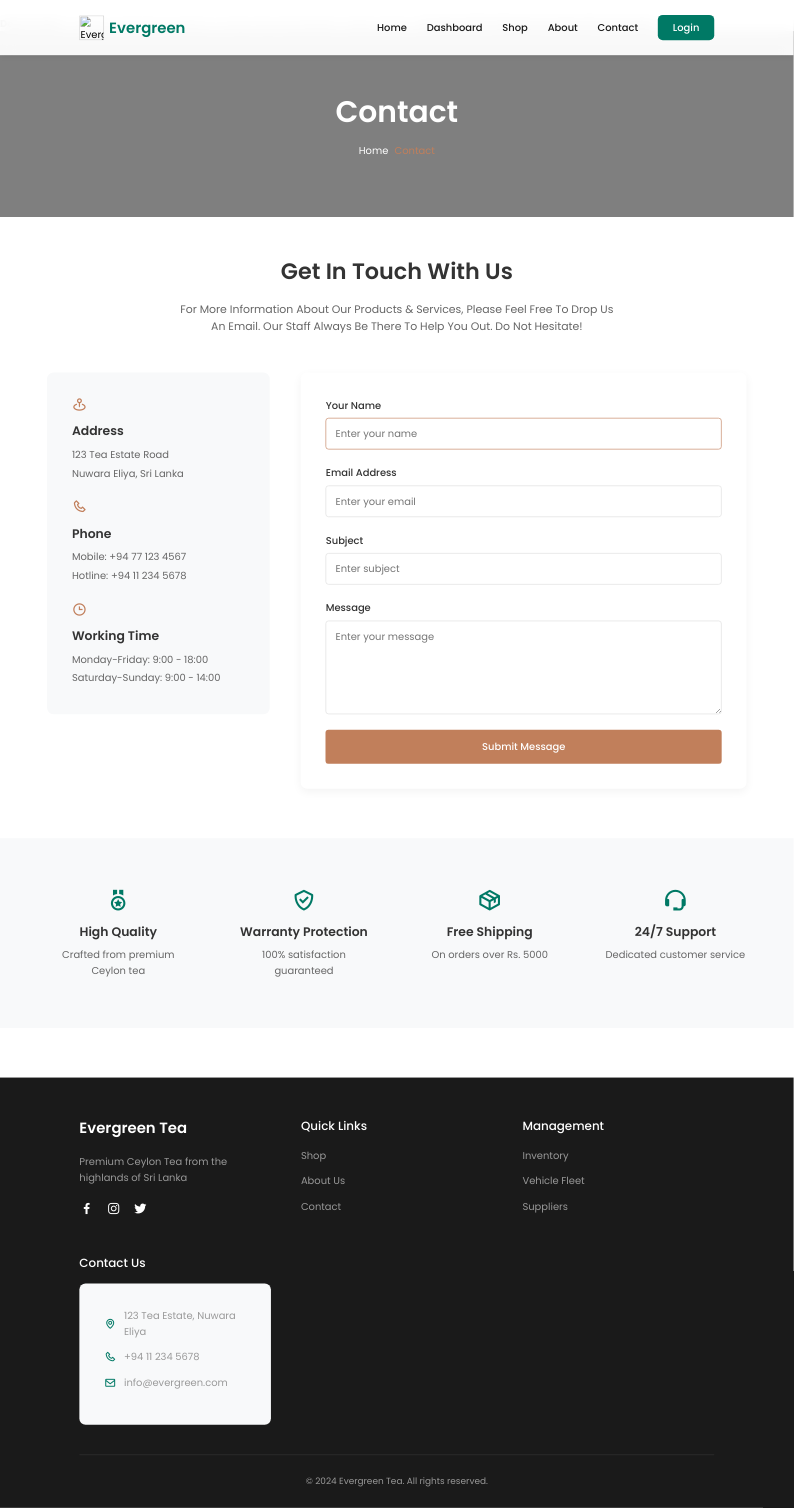
Repository: EverGreen-Group/Evergreen_Project
Page: http://localhost/Evergreen_Project/contact
These files come from the project's save history. The page is drawn as it stood at one moment and after the next save; the edit follows.
The browser window is 1280 px wide. The pictures show the whole page, at 62% of full size.
The first visible `.form-group input` has the focus.
The page is run by PHP 8.4 with error messages shown; the project is at /var/www/html/.

Above is the page before, as saved 2024-11-27 10:36:44.

### public/index.php
<?php
// Enable error reporting
ini_set('display_errors', 1);
ini_set('display_startup_errors', 1);
error_reporting(E_ALL);

// session test
//session_start(); I added one in bootloader.php

// Load the bootloader and core application files
require_once '../app/bootloader.php';

// Initialize the Core class
$init = new Core;

### app/bootloader.php
<?php
// Start session
session_start();

//load configurations
require_once 'config/config.php';

//load helpers
require_once 'helpers/url_helper.php';
require_once 'helpers/flash_helper.php';
require_once 'helpers/RoleHelper.php';
require_once 'helpers/PhotoHelper.php';

//load libraries
require_once 'libraries/Core.php';
require_once 'libraries/Controller.php';
require_once 'libraries/Database.php';

### app/config/config.php
<?php

//databasse configarations
// define('DB_HOST', '34.93.234.68');
define('DB_HOST', 'localhost');
define('DB_USER', 'root');
define('DB_PASSWORD', '');
define('DB_NAME','tfms');

// Database configurations
// define('DB_HOST', 'mysql-tfms.alwaysdata.net');
// define('DB_USER', 'tfms');
// define('DB_PASSWORD', 'tfmsgroupproject');
// define('DB_NAME','tfms_tfms');

//APPROOT
define('APPROOT',dirname(dirname(__FILE__)));

//URLROOT
define('URLROOT', 'http://localhost/Evergreen_Project');

//website
define('SITENAME', 'EverGreen');

// Add this with your other constants
define('UPLOADROOT', dirname(dirname(__DIR__)) . '/public/uploads');

// URL for web access
define('UPLOADURL', URLROOT . '/uploads');  // For web URLs

// Server filesystem paths
define('PUBLICPATH', dirname(APPROOT) . '/public');
define('UPLOADPATH', PUBLICPATH . '/uploads');  // For file operations

// Add this with your other configurations
date_default_timezone_set('Asia/Colombo');

// Add Stripe configuration
define('STRIPE_PUBLIC_KEY', 'pk_test_51PtvxYB06Hyjgz1TVSQNz1EwGC9MKH9UypKICcwp7zhqMO1Bw0Rtn8MMWUvtVCQcGzvjhwa4oM8biZRinioTwbtI00hKWmT0Ai');
define('STRIPE_SECRET_KEY', 'sk_test_51PtvxYB06Hyjgz1TLkJ3b97f9jQ3iGjhmNqR1YJNR8GSCBFT2BNozxAtr1chzAUnlO7Mrxbp1z9epTulM1eM1twg00wqE6Nhdu');

?>

### app/helpers/url_helper.php
<?php
// Helper functions for URL manipulation

// Redirect to a specific page
function redirect($page) {
    header('Location: ' . URLROOT . '/' . $page);
    exit();
}

function storePreviousUrl() {
    if (!isset($_SESSION['previous_url'])) {
        $_SESSION['previous_url'] = $_SERVER['REQUEST_URI'];
    }
}

function getPreviousUrl() {
    $previous = $_SESSION['previous_url'] ?? URLROOT;
    unset($_SESSION['previous_url']); // Clear it after use
    return $previous;
}

### app/helpers/flash_helper.php
<?php

function flash($name = '') {
    if (isset($_SESSION['flash_messages'][$name])) {
        $flash = $_SESSION['flash_messages'][$name];
        echo '<div class="' . $flash['class'] . '" id="msg-flash">' . $flash['message'] . '</div>';
        unset($_SESSION['flash_messages'][$name]);
    }
}

?>

### app/libraries/Controller.php
<?php
class Controller {

    // Method to load and instantiate a model
    public function model($model) {
        require_once '../app/models/' . $model . '.php';

        // Instantiate the model and return it
        return new $model();
    }

    // Method to load and render a view
    public function view($view, $data = []) {
        if (file_exists('../app/views/' . $view . '.php')) {
            // Make data array elements available as variables in the view
            extract($data);

            // Include the view file
            require_once '../app/views/' . $view . '.php';
        } else {
            die('The view does not exist.');
        }
    }

    protected function isLoggedIn() {
        return isset($_SESSION['user_id']);
    }

    protected function requireLogin() {
        if (!$this->isLoggedIn()) {
            header('Location: ' . URLROOT . '/auth/login');
            exit();
        }
    }

    protected function preventLoginAccess() {
        if ($this->isLoggedIn()) {
            header('Location: ' . URLROOT . '/');
            exit();
        }
    }
}

### app/models/M_Contact.php
<?php
class M_Contact {
    private $db;

    public function __construct() {
        $this->db = new Database;
    }

    // Save contact message to database
    public function saveMessage($data) {
        // Prepare query
        $this->db->query('INSERT INTO contact_messages (name, email, subject, message) VALUES (:name, :email, :subject, :message)');

        // Bind values
        $this->db->bind(':name', $data['name']);
        $this->db->bind(':email', $data['email']);
        $this->db->bind(':subject', $data['subject']);
        $this->db->bind(':message', $data['message']);

        // Execute
        if ($this->db->execute()) {
            return true;
        } else {
            return false;
        }
    }

    // Get all messages (for admin)
    public function getAllMessages() {
        $this->db->query('SELECT * FROM contact_messages ORDER BY created_at DESC');
        return $this->db->resultSet();
    }

    // Get single message by ID (for admin)
    public function getMessageById($id) {
        $this->db->query('SELECT * FROM contact_messages WHERE id = :id');
        $this->db->bind(':id', $id);
        return $this->db->single();
    }

    // Mark message as read (for admin)
    public function markAsRead($id) {
        $this->db->query('UPDATE contact_messages SET is_read = 1 WHERE id = :id');
        $this->db->bind(':id', $id);
        return $this->db->execute();
    }
}

### public/css/landing.css
/* Base Styles */
:root {
    --main: #007965;
    --light: #ffffff;
    --dark: #1a1a1a;
    --grey: #f5f5f5;
    --dark-grey: #666666;
}

* {
    margin: 0;
    padding: 0;
    box-sizing: border-box;
    font-family: 'Poppins', sans-serif;
}

/* Landing Header/Navigation Styles */
.landing-nav {
    position: fixed;
    top: 0;
    left: 0;
    right: 0;
    padding: 1.5rem 10%;
    display: flex;
    justify-content: space-between;
    align-items: center;
    background: rgba(255, 255, 255, 0.95);
    backdrop-filter: blur(10px);
    z-index: 1000;
    box-shadow: 0 2px 10px rgba(0, 0, 0, 0.1);
}

.landing-nav .logo {
    display: flex;
    align-items: center;
    gap: 0.5rem;
}

.landing-nav .logo img {
    height: 40px;
}

.landing-nav .logo span {
    font-size: 1.5rem;
    font-weight: 600;
    color: var(--dark);
}

.nav-links {
    display: flex;
    gap: 2rem;
    align-items: center;
}

.nav-links a {
    text-decoration: none;
    color: var(--dark);
    font-weight: 500;
    transition: color 0.3s ease;
}

.nav-links a:hover {
    color: var(--main);
}

.nav-links .btn-login {
    padding: 0.5rem 1.5rem;
    background: var(--main);
    color: var(--light);
    border-radius: 8px;
    transition: background 0.3s ease;
}

.nav-links .btn-login:hover {
    background: #006254;
    color: var(--light);
}

/* Hero Section */
.hero {
    height: 100vh;
    background: linear-gradient(rgba(0,0,0,0.5), rgba(0,0,0,0.5)),
                url('../img/hero-bg.jpg');
    background-size: cover;
    background-position: center;
    display: flex;
    align-items: center;
    padding: 0 10%;
    color: var(--light);
}

.hero-content {
    max-width: 600px;
}

.hero-content h1 {
    font-size: 3.5rem;
    margin-bottom: 1.5rem;
}

.btn-shop-now {
    margin-top: 1rem;
    display: inline-block;
    padding: 1rem 2rem;
    background: var(--main);
    color: var(--light);
    border-radius: 8px;
    font-weight: 500;
    transition: all 0.3s ease;
}

/* Section Header Styles */
.section-header {
    text-align: center;
    margin-bottom: 3rem;
}

.section-header h2 {
    font-size: 2.5rem;
    color: var(--dark);
    margin-bottom: 1rem;
    font-weight: 600;
}

.section-header p {
    color: var(--dark-grey);
    font-size: 1.1rem;
}

/* Categories Section */
.categories {
    padding: 6rem 10%;
    background: var(--light);
}

.category-grid {
    display: grid;
    grid-template-columns: repeat(auto-fit, minmax(300px, 1fr));
    gap: 2rem;
}

.category-card {
    position: relative;
    border-radius: 15px;
    overflow: hidden;
    box-shadow: 0 4px 15px rgba(0, 0, 0, 0.1);
    text-decoration: none;
    transition: all 0.3s ease;
}

.category-card:hover {
    transform: translateY(-5px);
}

.category-image {
    height: 300px;
    overflow: hidden;
}

.category-image img {
    width: 100%;
    height: 100%;
    object-fit: cover;
    transition: transform 0.3s ease;
}

.category-card:hover .category-image img {
    transform: scale(1.1);
}

.category-content {
    position: absolute;
    bottom: 0;
    left: 0;
    right: 0;
    padding: 1.5rem;
    background: linear-gradient(transparent, rgba(0, 0, 0, 0.8));
    color: var(--light);
}

.category-content h3 {
    font-size: 1.5rem;
    margin-bottom: 0.5rem;
    font-weight: 600;
}

.category-content p {
    font-size: 0.9rem;
    opacity: 0.9;
    margin-bottom: 1rem;
}

.explore-link {
    display: flex;
    align-items: center;
    gap: 0.5rem;
    font-weight: 500;
    opacity: 0;
    transform: translateX(-20px);
    transition: all 0.3s ease;
}

.category-card:hover .explore-link {
    opacity: 1;
    transform: translateX(0);
}

/* Featured Products Section */
.featured-products {
    padding: 6rem 10%;
    background: var(--grey);
}

.product-grid {
    display: grid;
    grid-template-columns: repeat(auto-fit, minmax(250px, 1fr));
    gap: 2rem;
    margin-bottom: 3rem;
}

.product-card {
    background: var(--light);
    border-radius: 15px;
    overflow: hidden;
    box-shadow: 0 4px 15px rgba(0, 0, 0, 0.1);
    transition: all 0.3s ease;
}

.product-card:hover {
    transform: translateY(-5px);
}

.product-image {
    position: relative;
    height: 250px;
    overflow: hidden;
}

.product-image img {
    width: 100%;
    height: 100%;
    object-fit: cover;
}

.product-overlay {
    position: absolute;
    top: 0;
    left: 0;
    right: 0;
    bottom: 0;
    background: rgba(0, 0, 0, 0.5);
    display: flex;
    align-items: center;
    justify-content: center;
    opacity: 0;
    transition: opacity 0.3s ease;
}

.product-card:hover .product-overlay {
    opacity: 1;
}

.btn-view {
    padding: 0.8rem 1.5rem;
    background: var(--main);
    color: var(--light);
    border-radius: 25px;
    text-decoration: none;
    transform: translateY(20px);
    transition: all 0.3s ease;
}

.product-card:hover .btn-view {
    transform: translateY(0);
}

.product-content {
    padding: 1.5rem;
}

.product-content h3 {
    font-size: 1.1rem;
    color: var(--dark);
    margin-bottom: 0.5rem;
    font-weight: 500;
}

.product-weight {
    color: var(--dark-grey);
    font-size: 0.9rem;
    margin-bottom: 0.5rem;
}

.product-price {
    color: var(--main);
    font-weight: 600;
    font-size: 1.2rem;
}

.section-footer {
    text-align: center;
}

.btn-view-more {
    display: inline-flex;
    align-items: center;
    gap: 0.5rem;
    padding: 1rem 2rem;
    background: var(--main);
    color: var(--light);
    text-decoration: none;
    border-radius: 30px;
    font-weight: 500;
    transition: all 0.3s ease;
}

.btn-view-more:hover {
    background: #006254;
    transform: translateX(5px);
}

/* Management Section */
.management-section {
    padding: 5rem 10%;
    background: var(--grey);
}

.management-grid {
    display: grid;
    grid-template-columns: repeat(auto-fit, minmax(250px, 1fr));
    gap: 2rem;
    margin-top: 2rem;
}

.management-card {
    background: var(--light);
    padding: 2rem;
    border-radius: 15px;
    text-align: center;
    transition: all 0.3s ease;
    text-decoration: none;
    color: var(--dark);
}

.management-card:hover {
    transform: translateY(-5px);
    box-shadow: 0 5px 15px rgba(0,0,0,0.1);
}

.management-card i {
    font-size: 2.5rem;
    color: var(--main);
    margin-bottom: 1rem;
}

/* Factory Story/Heritage Section */
.factory-story {
    position: relative;
    padding: 6rem 10%;
    background: linear-gradient(rgba(0, 0, 0, 0.7), rgba(0, 0, 0, 0.7)),
                url('../img/tea-plantation.jpg');
    background-size: cover;
    background-position: center;
    background-attachment: fixed;
    color: var(--light);
    text-align: center;
}

.story-content {
    max-width: 800px;
    margin: 0 auto;
    padding: 3rem;
    background: rgba(0, 0, 0, 0.5);
    border-radius: 15px;
    backdrop-filter: blur(10px);
    border: 1px solid rgba(255, 255, 255, 0.1);
}

.story-content h2 {
    font-size: 2.5rem;
    margin-bottom: 1.5rem;
    color: var(--light);
    font-weight: 600;
    position: relative;
    padding-bottom: 1rem;
}

.story-content h2::after {
    content: '';
    position: absolute;
    bottom: 0;
    left: 50%;
    transform: translateX(-50%);
    width: 80px;
    height: 3px;
    background: var(--main);
}

.story-content p {
    font-size: 1.1rem;
    line-height: 1.8;
    margin-bottom: 2rem;
    color: #f1f1f1;
}

.btn-learn-more {
    display: inline-block;
    padding: 1rem 2.5rem;
    background: transparent;
    color: var(--light);
    border: 2px solid var(--light);
    border-radius: 30px;
    font-weight: 500;
    text-decoration: none;
    transition: all 0.3s ease;
    position: relative;
    overflow: hidden;
    z-index: 1;
}

.btn-learn-more::before {
    content: '';
    position: absolute;
    top: 0;
    left: 0;
    width: 0;
    height: 100%;
    background: var(--main);
    transition: all 0.3s ease;
    z-index: -1;
}

.btn-learn-more:hover::before {
    width: 100%;
}

.btn-learn-more:hover {
    border-color: var(--main);
    transform: translateY(-3px);
}

/* Add some decorative elements */
.tea-leaf-decoration {
    position: absolute;
    width: 150px;
    opacity: 0.1;
}

.tea-leaf-left {
    left: 5%;
    top: 20%;
    transform: rotate(-30deg);
}

.tea-leaf-right {
    right: 5%;
    bottom: 20%;
    transform: rotate(30deg);
}

/* Landing Footer Styles */
.landing-footer {
    background: var(--dark);
    color: var(--light);
    padding: 4rem 10% 2rem;
}

.footer-content {
    display: grid;
    grid-template-columns: repeat(auto-fit, minmax(250px, 1fr));
    gap: 3rem;
    margin-bottom: 3rem;
}

.footer-section h3 {
    font-size: 1.5rem;
    font-weight: 600;
    margin-bottom: 1.5rem;
    color: var(--light);
}

.footer-section h4 {
    font-size: 1.2rem;
    font-weight: 500;
    margin-bottom: 1.2rem;
    color: var(--light);
}

.footer-section p {
    color: #999;
    line-height: 1.6;
    margin-bottom: 1.5rem;
}

.social-links {
    display: flex;
    gap: 1.2rem;
}

.social-links a {
    color: var(--light);
    font-size: 1.5rem;
    transition: all 0.3s ease;
}

.social-links a:hover {
    color: var(--main);
    transform: translateY(-3px);
}

.footer-section ul {
    list-style: none;
}

.footer-section ul li {
    margin-bottom: 1rem;
}

.footer-section ul li a {
    color: #999;
    text-decoration: none;
    transition: all 0.3s ease;
    display: inline-block;
}

.footer-section ul li a:hover {
    color: var(--main);
    transform: translateX(5px);
}

.contact-info li {
    display: flex;
    align-items: center;
    gap: 0.8rem;
    color: #999;
    margin-bottom: 1rem;
}

.contact-info li i {
    color: var(--main);
    font-size: 1.2rem;
}

.footer-bottom {
    padding-top: 2rem;
    border-top: 1px solid #333;
    text-align: center;
    color: #999;
    font-size: 0.9rem;
}

/* Mobile Menu Button */
.mobile-menu-btn {
    display: none;
    font-size: 1.5rem;
    cursor: pointer;
    color: var(--dark);
}

/* Responsive Design */
@media screen and (max-width: 768px) {
    .hero-content h1 {
        font-size: 2.5rem;
    }

    .category-grid,
    .management-grid {
        grid-template-columns: 1fr;
    }

    .landing-nav {
        padding: 1rem 5%;
    }

    .mobile-menu-btn {
        display: block;
    }

    .nav-links {
        position: fixed;
        top: 70px;
        left: -100%;
        right: 0;
        bottom: 0;
        background: var(--light);
        flex-direction: column;
        padding: 2rem;
        transition: left 0.3s ease;
        width: 100%;
    }

    .nav-links.active {
        left: 0;
    }

    .footer-content {
        grid-template-columns: 1fr;
        gap: 2rem;
        text-align: center;
    }

    .social-links {
        justify-content: center;
    }

    .contact-info li {
        justify-content: center;
    }

    .footer-section ul li a:hover {
        transform: none;
    }

    .factory-story {
        padding: 4rem 5%;
    }

    .story-content {
        padding: 2rem 1.5rem;
    }

    .story-content h2 {
        font-size: 2rem;
    }

    .story-content p {
        font-size: 1rem;
        line-height: 1.6;
    }

    .tea-leaf-decoration {
        width: 100px;
    }

    .categories,
    .featured-products {
        padding: 4rem 5%;
    }

    .category-grid {
        grid-template-columns: 1fr;
    }

    .product-grid {
        grid-template-columns: repeat(auto-fit, minmax(200px, 1fr));
    }
}

/* Animation Classes */
.fade-in {
    animation: fadeIn 0.5s ease forwards;
}

@keyframes fadeIn {
    from {
        opacity: 0;
        transform: translateY(20px);
    }
    to {
        opacity: 1;
        transform: translateY(0);
    }
}

/* Utility Classes */
.text-main {
    color: var(--main);
}

.bg-main {
    background: var(--main);
}

.container {
    width: 100%;
    max-width: 1200px;
    margin: 0 auto;
    padding: 0 1rem;
}

/* Animation for the section */
.story-content {
    opacity: 0;
    transform: translateY(30px);
    animation: fadeInUp 1s ease forwards;
}

@keyframes fadeInUp {
    to {
        opacity: 1;
        transform: translateY(0);
    }
}

/* Contact Page Styles */
.contact-page {
    padding-bottom: 80px;
    background-color: #fff;
}

.page-header {
    position: relative;
    height: 300px;
    background-size: cover;
    background-position: center;
    display: flex;
    align-items: center;
    justify-content: center;
    color: #fff;
    text-align: center;
    margin-bottom: 60px;
}

.page-header::before {
    content: '';
    position: absolute;
    top: 0;
    left: 0;
    right: 0;
    bottom: 0;
    background: rgba(0, 0, 0, 0.5);
}

.header-content {
    position: relative;
    z-index: 1;
}

.header-content h1 {
    font-size: 48px;
    margin-bottom: 15px;
    font-weight: 600;
}

.breadcrumb {
    display: flex;
    justify-content: center;
    gap: 10px;
    font-size: 16px;
}

.breadcrumb a {
    color: #fff;
    text-decoration: none;
    transition: color 0.3s ease;
}

.breadcrumb a:hover {
    color: #C17F5B;
}

.breadcrumb span {
    color: #C17F5B;
}

.contact-section {
    padding: 0 20px;
    max-width: 1200px;
    margin: 0 auto;
}

.section-header {
    text-align: center;
    max-width: 700px;
    margin: 0 auto 60px;
}

.section-header h2 {
    font-size: 36px;
    color: #333;
    margin-bottom: 20px;
    font-weight: 600;
}

.section-header p {
    color: #666;
    line-height: 1.6;
}

.contact-wrapper {
    display: grid;
    grid-template-columns: 1fr 2fr;
    gap: 50px;
    margin-bottom: 80px;
}

.contact-info {
    background: #f8f9fa;
    padding: 40px;
    border-radius: 10px;
    height: fit-content;
}

.info-item {
    margin-bottom: 30px;
}

.info-item:last-child {
    margin-bottom: 0;
}

.info-item i {
    font-size: 24px;
    color: #C17F5B;
    margin-bottom: 15px;
}

.info-item h3 {
    margin-bottom: 10px;
    font-size: 20px;
    color: #333;
    font-weight: 600;
}

.info-item p {
    color: #666;
    line-height: 1.6;
    margin: 5px 0;
}

.contact-form {
    background: #fff;
    padding: 40px;
    border-radius: 10px;
    box-shadow: 0 5px 15px rgba(0, 0, 0, 0.05);
}

.form-group {
    margin-bottom: 25px;
}

.form-group label {
    display: block;
    margin-bottom: 8px;
    font-weight: 500;
    color: #333;
}

.form-group input,
.form-group textarea {
    width: 100%;
    padding: 12px 15px;
    border: 1px solid #ddd;
    border-radius: 5px;
    font-size: 16px;
    transition: border-color 0.3s ease;
}

.form-group input:focus,
.form-group textarea:focus {
    border-color: #C17F5B;
    outline: none;
}

.form-group textarea {
    resize: vertical;
    min-height: 120px;
}

.invalid-feedback {
    color: #dc3545;
    font-size: 14px;
    margin-top: 5px;
    display: block;
}

.btn-submit {
    background: #C17F5B;
    color: #fff;
    padding: 15px 30px;
    border: none;
    border-radius: 5px;
    font-size: 16px;
    cursor: pointer;
    transition: background 0.3s ease;
    width: 100%;
    font-weight: 500;
}

.btn-submit:hover {
    background: var(--main);
}

.features-section {
    background: #f8f9fa;
    padding: 60px 20px;
}

.features-grid {
    display: grid;
    grid-template-columns: repeat(4, 1fr);
    gap: 30px;
    max-width: 1200px;
    margin: 0 auto;
}

.feature-item {
    text-align: center;
    padding: 20px;
}

.feature-item i {
    font-size: 40px;
    color: var(--main);
    margin-bottom: 15px;
}

.feature-item h3 {
    font-size: 20px;
    color: #333;
    margin-bottom: 10px;
    font-weight: 600;
}

.feature-item p {
    color: #666;
    line-height: 1.6;
}

/* Flash Messages */
.alert {
    padding: 15px;
    margin-bottom: 20px;
    border-radius: 5px;
    text-align: center;
}

.alert-success {
    background-color: #d4edda;
    color: #155724;
    border: 1px solid #c3e6cb;
}

.alert-danger {
    background-color: #f8d7da;
    color: #721c24;
    border: 1px solid #f5c6cb;
}

/* Responsive Design */
@media (max-width: 992px) {
    .contact-wrapper {
        grid-template-columns: 1fr;
    }

    .features-grid {
        grid-template-columns: repeat(2, 1fr);
    }
}

@media (max-width: 768px) {
    .page-header {
        height: 200px;
    }

    .header-content h1 {
        font-size: 36px;
    }

    .section-header h2 {
        font-size: 28px;
    }

    .contact-info,
    .contact-form {
        padding: 30px;
    }

    .features-grid {
        grid-template-columns: 1fr;
        gap: 20px;
    }
}

@media (max-width: 480px) {
    .header-content h1 {
        font-size: 28px;
    }

    .contact-info,
    .contact-form {
        padding: 20px;
    }
}

Loaded but not shown: app/libraries/Database.php (198 lines, source omitted); app/views/contact/index.php (111 lines, source omitted); app/helpers/RoleHelper.php (117 lines, source omitted); app/views/pages/404.php (116 lines, source omitted); app/libraries/Core.php (77 lines, source omitted); app/helpers/PhotoHelper.php (65 lines, source omitted); app/controllers/Contact.php (64 lines, source omitted); app/views/inc/landing_header.php (40 lines, source omitted); app/views/inc/landing_footer.php (47 lines, source omitted)

After the next save:
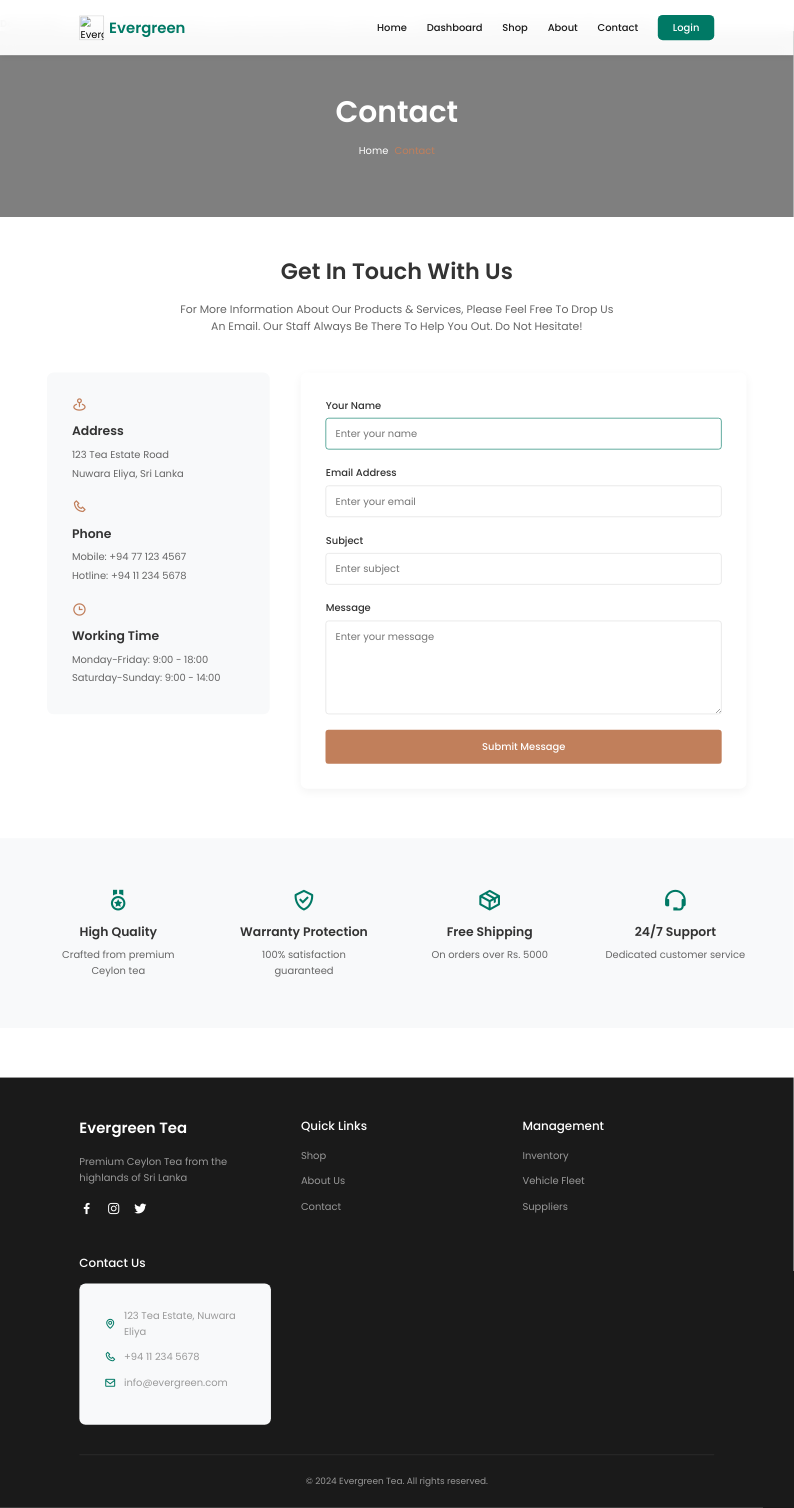
Saved 72 s later.
--- a/public/css/landing.css
+++ b/public/css/landing.css
@@ -848,7 +848,7 @@
 
 .form-group input:focus,
 .form-group textarea:focus {
-    border-color: #C17F5B;
+    border-color: var(--main);
     outline: none;
 }
 
